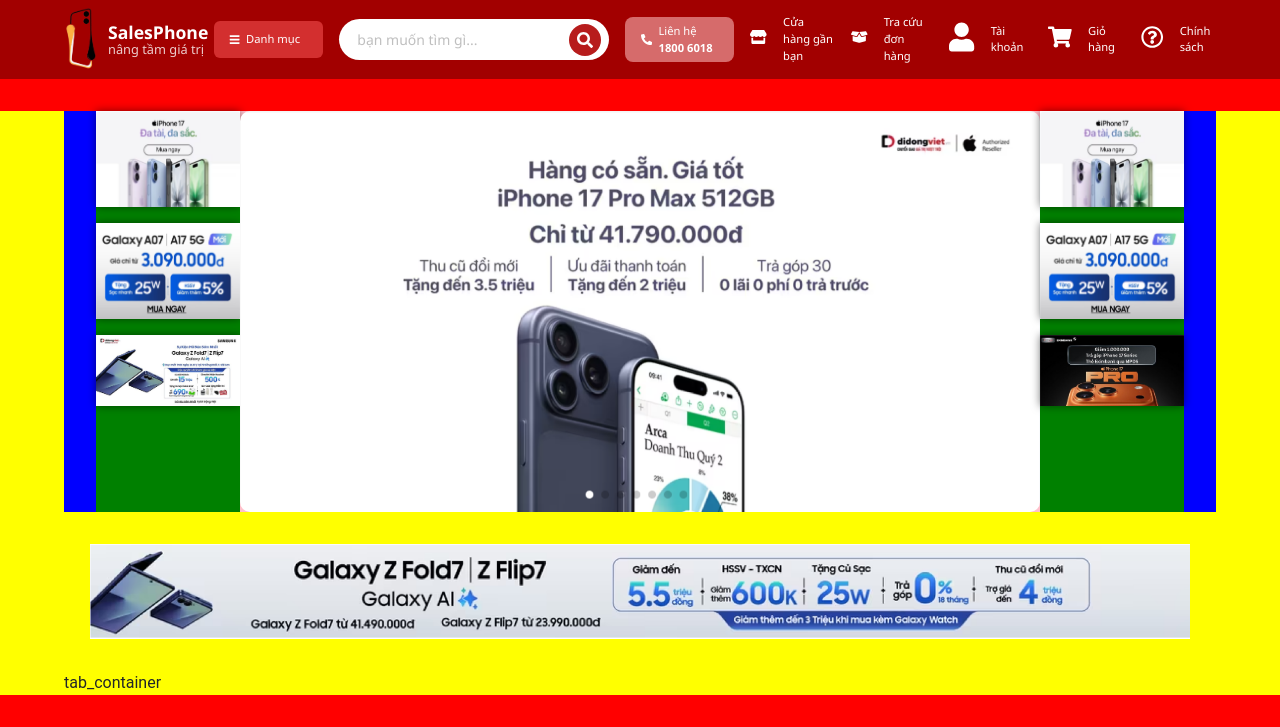
Repository: nguyenhuuluanTTB/cn-da22ttb-nguyenhuuluan-website_salesphone-nextjs_nodejs
Page: /home (app in Project_SalesPhone/client/salesphone/)
An editor plug-in stored every save of this project. The page is shown before and after the next save, followed by the edit.
The browser window is 1280 px wide. The pictures show the whole page.
The project was rebuilt for these pictures with package versions that can differ from the ones it lists, and the page was loaded fresh each time. The framework's server and built-in components were replaced by stand-ins that run in the browser. Also part of the build but not shown: Project_SalesPhone/client/salesphone/next.config.ts.

Above is the page before, as saved 2025-11-06 21:34:13.

After the next save:
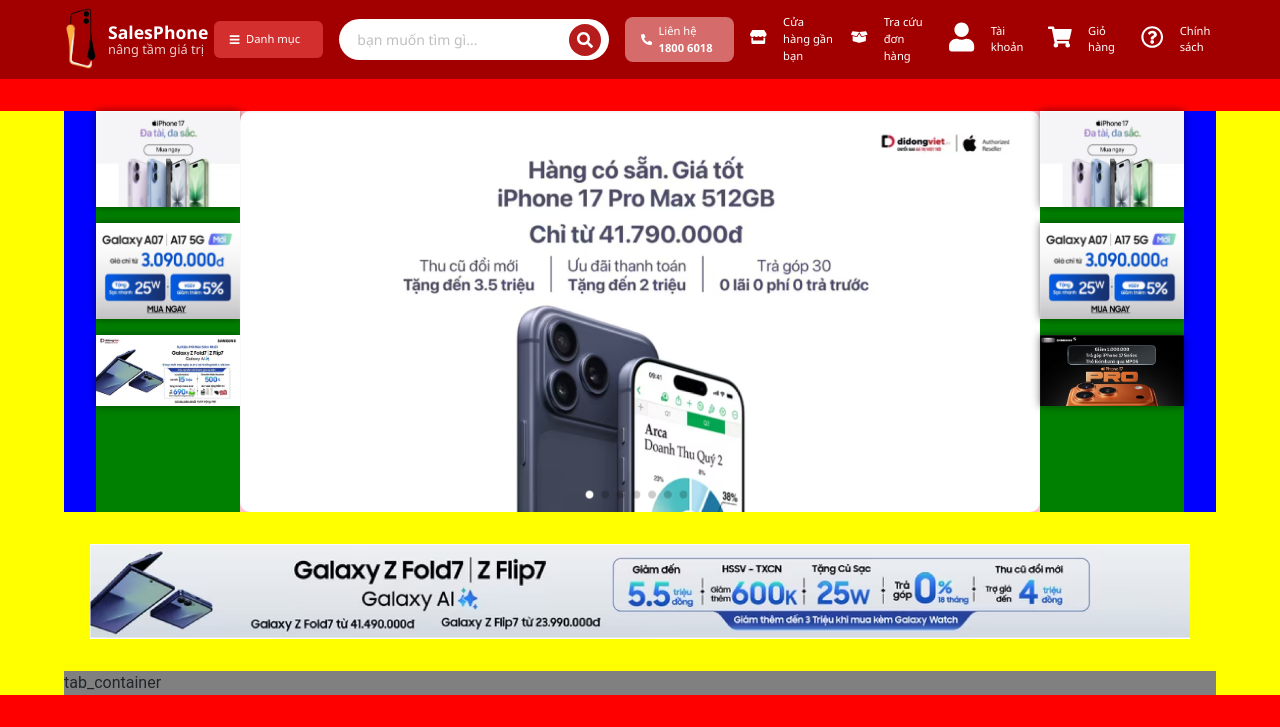
Saved 44 s later.
--- a/Project_SalesPhone/client/salesphone/app/home/home.module.scss
+++ b/Project_SalesPhone/client/salesphone/app/home/home.module.scss
@@ -42,3 +42,7 @@
     }
 
 }
+
+.tab_container{
+    background-color: gray;
+}
